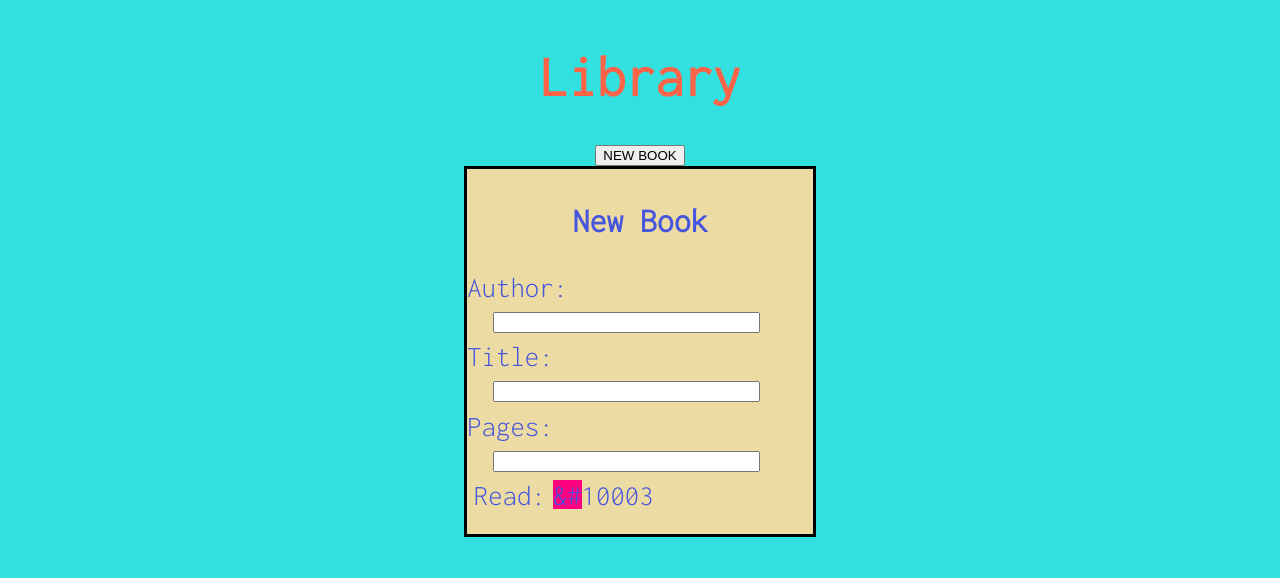
Repository: 0101chaitanya/Library
Page: index.html
The author's editor kept a copy of each file at every save. The page is drawn from the files as they stood at one save, then again after the next save.
The browser window is 1280 px wide. The pictures show the whole page.

Above is the page before, as saved 2021-06-02 15:03:39.

### index.html
<!DOCTYPE html>
<html>

<head>
    <meta charset="UTF-8">
    <link rel="stylesheet" type="text/css" href="styles.css">

</head>

<body>
    <script type="text/javascript" src="script.js"></script>

</body>

</html>

### styles.css
  @import url('https://fonts.googleapis.com/css2?family=Inconsolata:wght@300&display=swap');
   :root {
      font-size: 4vh;
      background: rgba(15, 219, 219, 0.849);
      color: rgb(70, 85, 221);
      font-family: 'Inconsolata', monospace;
  }

  body {
      display: flex;
      flex-direction: column;
      justify-content: center;
      align-items: center;
  }

  h1 {
      color: tomato;
  }

  form {
      display: flex;
      flex-direction: column;
      align-items: center;
      justify-content: center;
      background-color: rgb(236, 219, 162);
      height: fit-content;
      width: 12rem;
      border-color: black;
      border-style: solid;
  }

  #authorInput {
      position: relative;
      left: 0.9rem;
      margin-bottom: 0.3rem;
      width: 9rem;
  }

  #titleInput,
  #pagesInput {
      position: relative;
      left: 0.9rem;
      margin-bottom: 0.3rem;
      width: 9rem;
  }

  #readInput {
      position: relative;
      left: 0.75rem;
      margin-bottom: 1rem;
      opacity: 1;
      cursor: pointer;
      height: 0;
      width: 0;
  }

  #read {
      display: block;
      padding: 0 2rem;
      position: relative;
      right: 3.9rem;
  }

  .checkMark {
      content: '&#10003';
      position: relative;
      display: inline-block;
      height: 1rem;
      width: 1rem;
      background: rgb(255, 0, 128);
  }

  #readInput:checked~.checkMark {
      background-color: blue;
  }

### script.js
let heading = document.createElement("h1");
heading.textContent = 'Library';
document.body.appendChild(heading);
let newBook = document.createElement('button');
newBook.textContent = 'NEW BOOK';
document.body.appendChild(newBook);
let form = document.createElement('form');
h3 = document.createElement('h3');
form.appendChild(h3);

function createElmt(labelName, labelId, tipe, labelTextContent, inputId, inpId, checkMk) {
    labelName = document.createElement('label');
    labelName.textContent = labelTextContent;
    labelName.id = labelId;
    labelName.htmlFor = inputId;
    inputId = document.createElement('input');
    inputId.type = tipe;
    inputId.id = inpId;
    labelName.appendChild(inputId);
    if (checkMk == 'read') {
        let span = document.createElement('span');
        span.className = 'checkMark';
        span.textContent = '&#10003';

        labelName.appendChild(span);
    }
    form.appendChild(labelName);
}
h3.textContent = `New Book`;
createElmt('author', 'author', 'text', 'Author:', 'authorInput', 'authorInput');
createElmt('title', 'title', 'text', 'Title:', 'titleInput', 'titleInput');
createElmt('pages', 'pages', 'number', 'Pages:', 'pagesInput', 'pagesInput');
createElmt('read', 'read', 'checkbox', 'Read:', 'readInput', 'readInput', 'read');
console.log('author'.id);
/*
let author = document.createElement('label');
author.textContent = 'Author :';
author.htmlFor = 'authorInput';
let authorInput = document.createElement('input');
authorInput.id = 'authorInput';
author.appendChild(authorInput);
document.body.appendChild(author);
 */


function setBookObj(author, title, pages, readStatus, refUrl) {
    this.author = author;
    this.title = title;
    this.pages = pages;
    this.readStatus = readStatus;
    this.refUrl = refUrl;
}
document.body.appendChild(form);

After the next save:
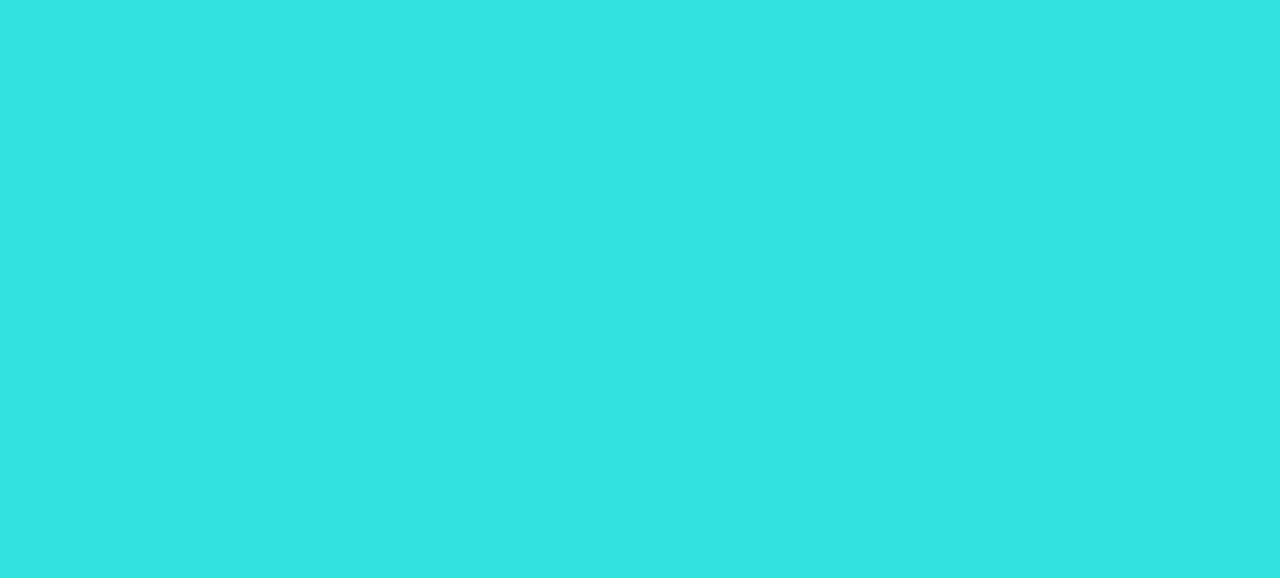
Console error: SyntaxError: Unexpected token '&'
Saved 7 s later.
--- a/script.js
+++ b/script.js
@@ -20,34 +20,34 @@
     if (checkMk == 'read') {
         let span = document.createElement('span');
         span.className = 'checkMark';
-        span.textContent = '&#10003';
+        span.textContent = & #10003;
 
         labelName.appendChild(span);
     }
     form.appendChild(labelName);
 }
 h3.textContent = `New Book`;
-createElmt('author', 'author', 'text', 'Author:', 'authorInput', 'authorInput');
-createElmt('title', 'title', 'text', 'Title:', 'titleInput', 'titleInput');
-createElmt('pages', 'pages', 'number', 'Pages:', 'pagesInput', 'pagesInput');
-createElmt('read', 'read', 'checkbox', 'Read:', 'readInput', 'readInput', 'read');
-console.log('author'.id);
-/*
-let author = document.createElement('label');
-author.textContent = 'Author :';
-author.htmlFor = 'authorInput';
-let authorInput = document.createElement('input');
-authorInput.id = 'authorInput';
-author.appendChild(authorInput);
-document.body.appendChild(author);
- */
+        createElmt('author', 'author', 'text', 'Author:', 'authorInput', 'authorInput');
+        createElmt('title', 'title', 'text', 'Title:', 'titleInput', 'titleInput');
+        createElmt('pages', 'pages', 'number', 'Pages:', 'pagesInput', 'pagesInput');
+        createElmt('read', 'read', 'checkbox', 'Read:', 'readInput', 'readInput', 'read');
+        console.log('author'.id);
+        /*
+        let author = document.createElement('label');
+        author.textContent = 'Author :';
+        author.htmlFor = 'authorInput';
+        let authorInput = document.createElement('input');
+        authorInput.id = 'authorInput';
+        author.appendChild(authorInput);
+        document.body.appendChild(author);
+         */
 
 
-function setBookObj(author, title, pages, readStatus, refUrl) {
-    this.author = author;
-    this.title = title;
-    this.pages = pages;
-    this.readStatus = readStatus;
-    this.refUrl = refUrl;
-}
-document.body.appendChild(form);
+        function setBookObj(author, title, pages, readStatus, refUrl) {
+            this.author = author;
+            this.title = title;
+            this.pages = pages;
+            this.readStatus = readStatus;
+            this.refUrl = refUrl;
+        }
+        document.body.appendChild(form);

After the 2 saves that followed:
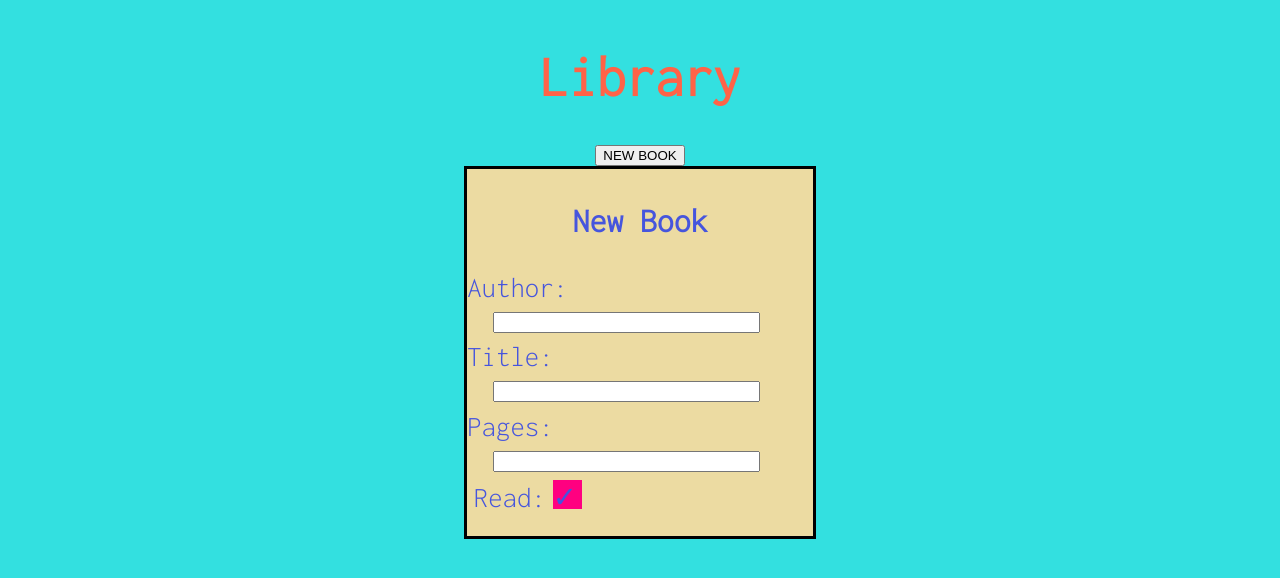
The error is gone.
The 2 saves are shown as one change because 1 left the picture as it was.
The last was saved 38 s later.
--- a/script.js
+++ b/script.js
@@ -20,34 +20,35 @@
     if (checkMk == 'read') {
         let span = document.createElement('span');
         span.className = 'checkMark';
-        span.textContent = & #10003;
+        span.innerHTML = '&#10003';
+
 
         labelName.appendChild(span);
     }
     form.appendChild(labelName);
 }
 h3.textContent = `New Book`;
-        createElmt('author', 'author', 'text', 'Author:', 'authorInput', 'authorInput');
-        createElmt('title', 'title', 'text', 'Title:', 'titleInput', 'titleInput');
-        createElmt('pages', 'pages', 'number', 'Pages:', 'pagesInput', 'pagesInput');
-        createElmt('read', 'read', 'checkbox', 'Read:', 'readInput', 'readInput', 'read');
-        console.log('author'.id);
-        /*
-        let author = document.createElement('label');
-        author.textContent = 'Author :';
-        author.htmlFor = 'authorInput';
-        let authorInput = document.createElement('input');
-        authorInput.id = 'authorInput';
-        author.appendChild(authorInput);
-        document.body.appendChild(author);
-         */
+createElmt('author', 'author', 'text', 'Author:', 'authorInput', 'authorInput');
+createElmt('title', 'title', 'text', 'Title:', 'titleInput', 'titleInput');
+createElmt('pages', 'pages', 'number', 'Pages:', 'pagesInput', 'pagesInput');
+createElmt('read', 'read', 'checkbox', 'Read:', 'readInput', 'readInput', 'read');
+console.log('author'.id);
+/*
+let author = document.createElement('label');
+author.textContent = 'Author :';
+author.htmlFor = 'authorInput';
+let authorInput = document.createElement('input');
+authorInput.id = 'authorInput';
+author.appendChild(authorInput);
+document.body.appendChild(author);
+ */
 
 
-        function setBookObj(author, title, pages, readStatus, refUrl) {
-            this.author = author;
-            this.title = title;
-            this.pages = pages;
-            this.readStatus = readStatus;
-            this.refUrl = refUrl;
-        }
-        document.body.appendChild(form);
+function setBookObj(author, title, pages, readStatus, refUrl) {
+    this.author = author;
+    this.title = title;
+    this.pages = pages;
+    this.readStatus = readStatus;
+    this.refUrl = refUrl;
+}
+document.body.appendChild(form);
